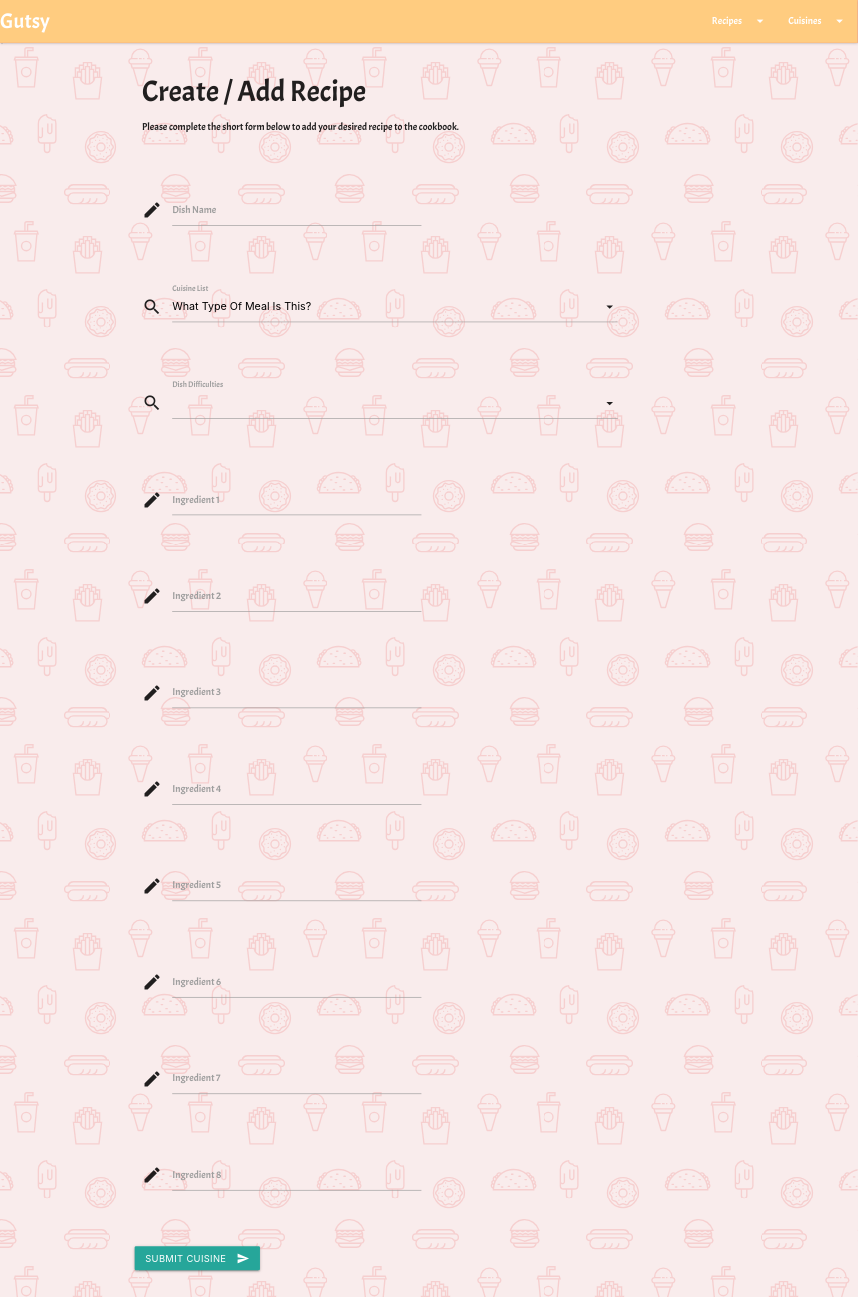
Repository: connor-blackburn/gutsy
Page: http://localhost/create_recipe
The author's editor kept a record of every edit. The page is drawn from the files as they stood at one moment, then again after the next edit.
The browser window is 1280 px wide. The pictures show the whole page, at 67% of full size.
The page is served by the project's application, run on Flask 3 (app.py). Queries for data that is not in the repository find no rows.

Above is the page before.

### templates/create_recipe.html
{% extends 'base.html' %} {% block content %}

<div class="row description container">
    <h3>Create / Add Recipe</h3>
    <p>Please complete the short form below to add your desired recipe to the cookbook.</p>
</div>

<form action="{{ url_for('insert_cuisine') }}" method="POST" class="col s12 container">

    <div class="row">
        <div class="input-field col s6">
            <i class="material-icons prefix">create</i>
            <input id="icon_prefix" type="text" class="validate">
            <label for="icon_prefix">Dish Name</label>
        </div>
    </div>
    <div class="row">
        <div class="input-field col s10">
            <i class="material-icons prefix">search</i>
            <select id="cuisines" name="cuisine_name">
                <option value="" disabled selected>What Type Of Meal Is This?</option>
                {% for cuisine in cuisines %}
                    <option value="{{cuisine.cuisine_name}}">{{cuisine.cuisine_name}}</option>
                {% endfor %}
            </select>
            <label>Cuisine List</label>
        </div>
    </div>
    <div class="row">
        <div class="input-field col s10">
            <i class="material-icons prefix">search</i>
            <select id="cuisines" name="cuisine_name">
                <option value="" disabled selected></option>
                    <option>Easy</option>
                    <option>Medium</option>
                    <option>Hard</option>
            </select>
            <label>Dish Difficulties</label>
        </div>
    </div>
    <div class="row">
        <div class="input-field col s6">
            <i class="material-icons prefix">create</i>
            <input id="icon_prefix" type="text" class="validate">
            <label for="icon_prefix">Ingredient 1</label>
        </div>
    </div>
    <div class="row">
        <div class="input-field col s6">
            <i class="material-icons prefix">create</i>
            <input id="icon_prefix" type="text" class="validate">
            <label for="icon_prefix">Ingredient 2</label>
        </div>
    </div>
    <div class="row">
        <div class="input-field col s6">
            <i class="material-icons prefix">create</i>
            <input id="icon_prefix" type="text" class="validate">
            <label for="icon_prefix">Ingredient 3</label>
        </div>
    </div>
    <div class="row">
        <div class="input-field col s6">
            <i class="material-icons prefix">create</i>
            <input id="icon_prefix" type="text" class="validate">
            <label for="icon_prefix">Ingredient 4</label>
        </div>
    </div>
    <div class="row">
        <div class="input-field col s6">
            <i class="material-icons prefix">create</i>
            <input id="icon_prefix" type="text" class="validate">
            <label for="icon_prefix">Ingredient 5</label>
        </div>
    </div>
    <div class="row">
        <div class="input-field col s6">
            <i class="material-icons prefix">create</i>
            <input id="icon_prefix" type="text" class="validate">
            <label for="icon_prefix">Ingredient 6</label>
        </div>
    </div>
    <div class="row">
        <div class="input-field col s6">
            <i class="material-icons prefix">create</i>
            <input id="icon_prefix" type="text" class="validate">
            <label for="icon_prefix">Ingredient 7</label>
        </div>
    </div>
    <div class="row">
        <div class="input-field col s6">
            <i class="material-icons prefix">create</i>
            <input id="icon_prefix" type="text" class="validate">
            <label for="icon_prefix">Ingredient 8</label>
        </div>
    </div>

    <div class="row">
        <button class="btn waves-effect waves-light" type="submit" name="action">Submit Cuisine
            <i class="material-icons right">send</i>
        </button>
    </div>
</form>
{% endblock %}

### templates/base.html
<!DOCTYPE html>
<html>

<head>
    <meta charset="UTF-8">
    <meta name="viewport" content="width=device-width, initial-scale=1.0">
    <meta http-equiv="X-UA-Compatible" content="ie=edge">
    <link href="https://fonts.googleapis.com/icon?family=Material+Icons" rel="stylesheet">
    <link rel="stylesheet" href="https://cdnjs.cloudflare.com/ajax/libs/materialize/1.0.0/css/materialize.min.css">
    <link href="https://fonts.googleapis.com/css?family=Acme&display=swap" rel="stylesheet">
    <link rel="stylesheet" href="{{ url_for('static', filename='css/style.css') }}" type="text/css" />
</head>

<body>
    <header>
        <ul id="dropdown1" class="dropdown-content">
            <li><a href="{{url_for('get_recipes_step_one')}}">Edit Recipes</a></li>
            <li class="divider"></li>
            <li><a href="#!">Create Recipes</a></li>
        </ul>
        <ul id="dropdown2" class="dropdown-content">
            <li><a href="{{url_for('edit_cuisine_homepage')}}">Edit Cuisines</a></li>
            <li class="divider"></li>
            <li><a href="{{url_for('create_cuisine')}}">Create Cuisines</a></li>
        </ul>
        <ul id="dropdown3" class="dropdown-content">
            <li><a href="{{url_for('get_recipes_step_one')}}">Edit Recipes</a></li>
            <li class="divider"></li>
            <li><a href="#!">Create Recipes</a></li>
        </ul>
        <ul id="dropdown4" class="dropdown-content">
            <li><a href="{{url_for('edit_cuisine_homepage')}}">Edit Cuisines</a></li>
            <li class="divider"></li>
            <li><a href="{{url_for('create_cuisine')}}">Create Cuisines</a></li>
        </ul>
        <nav>
            <div class="nav-wrapper orange lighten-3">
                <a href="{{ url_for('home') }}" class="brand-logo">Gutsy</a>
                <a href="#" data-target="mobile-demo" class="sidenav-trigger"><i class="material-icons">menu</i></a>
                <ul class="right hide-on-med-and-down">
                    <li><a class="dropdown-trigger" href="#!" data-target="dropdown1">Recipes<i class="material-icons right">arrow_drop_down</i></a></li>
                    <li><a class="dropdown-trigger" href="#!" data-target="dropdown2">Cuisines<i class="material-icons right">arrow_drop_down</i></a></li>
                </ul>
            </div>
        </nav>

        <ul class="sidenav" id="mobile-demo">
            <li><a class="dropdown-trigger" href="#!" data-target="dropdown3">Recipes<i class="material-icons right">arrow_drop_down</i></a></li>
            <li><a class="dropdown-trigger" href="#!" data-target="dropdown4">Cuisines<i class="material-icons right">arrow_drop_down</i></a></li>
        </ul>
    </header>
    {% block content %} {% endblock %}

    <script type="text/javascript" src="https://cdnjs.cloudflare.com/ajax/libs/jquery/3.4.1/jquery.min.js"></script>
    <script src="https://cdnjs.cloudflare.com/ajax/libs/materialize/1.0.0/js/materialize.min.js"></script>
    <script type="text/javascript">
        $(document).ready(function() {
            $('.dropdown-trigger').dropdown();
            $('.collapsible').collapsible();
            $('.sidenav').sidenav();
            $('select').formSelect();
           // $('body').css('display', 'none');
            //$('body').fadeIn(1800);
        });
    </script>


</body>

</html>

### app.py
import os
from flask import Flask, render_template, redirect, request, url_for
from flask_pymongo import PyMongo
from bson.objectid import ObjectId

app = Flask(__name__)

app.config["MONGO_DBNAME"] = 'cookbook'
app.config["MONGO_URI"] = os.environ.get('MONGO_URI')

mongo = PyMongo(app)

# Home Page - Index
@app.route('/')
@app.route('/home')
def home():
    return render_template('index.html',
    cuisines=mongo.db.cuisines.find())

# Create Cuisine Page - Short Form
@app.route('/create_cuisine')
def create_cuisine():
    return render_template('create_cuisine.html',
    cuisines=mongo.db.cuisines.find())

# Inserts New Cuisine To Site & Redirects Back To Cuisine Homepage
@app.route('/insert_cuisine', methods=['POST'])
def insert_cuisine():
    cuisines = mongo.db.cuisines
    cuisines.insert_one(request.form.to_dict())
    return redirect(url_for('edit_cuisine_homepage'))

# Edit Cuisine Homepage - Shows Collection For User Choice
@app.route('/edit_cuisine_homepage')
def edit_cuisine_homepage():
    return render_template('edit_cuisine_homepage.html',
    cuisines=mongo.db.cuisines.find())

# Edit Cuisine Page, Cuisine Title Altered Here
@app.route('/edit_cuisine/<cuisine_id>')
def edit_cuisine(cuisine_id):
    return render_template('edit_cuisine.html',
    cuisines=mongo.db.cuisines.find_one({'_id': ObjectId(cuisine_id)}))

# Confirms Cuisine Change & Redirects Back To Cuisine Homepage
@app.route('/update_cuisine/<cuisine_id>', methods=['POST'])
def update_cuisine(cuisine_id):
    mongo.db.cuisines.update(
        {'_id': ObjectId(cuisine_id)},
        {'cuisine_name': request.form.get('cuisine_name')})
    return redirect(url_for('edit_cuisine_homepage'))

# Confirms Cuisine Deletion & Redirects Back To Cuisine Homepage
@app.route('/delete_cuisine/<cuisine_id>')
def delete_cuisine(cuisine_id):
    mongo.db.cuisines.remove({'_id': ObjectId(cuisine_id)}),
    return redirect(url_for('edit_cuisine_homepage'))

# Displays Correct Recipe In Relation To Cuisine Chosen
@app.route('/recipe_display/<cuisine_id>')
def recipe_display(cuisine_id):
    return render_template('recipe_display.html',
    recipes=mongo.db.recipes.find(),
    cuisines=mongo.db.cuisines.find_one({'_id': ObjectId(cuisine_id)}))

# Displays Cuisines So Users Can Narrow Recipe Search Efficiently
@app.route('/get_recipes_step_one')
def get_recipes_step_one():
    return render_template('get_recipes_step_one.html',
    cuisines=mongo.db.cuisines.find())

# Displays Recipes With Edit & Delete Buttons For User
@app.route('/get_recipes_step_two/<cuisine_id>')
def get_recipes_step_two(cuisine_id):
    return render_template('get_recipes_step_two.html',
    recipes=mongo.db.recipes.find(),
    cuisines=mongo.db.cuisines.find_one({'_id': ObjectId(cuisine_id)}))

# Confirms Cuisine Deletion & Redirects Back To Recipe Step One
@app.route('/delete_recipe/<recipe_id>')
def delete_recipe(recipe_id):
    mongo.db.recipes.remove({'_id': ObjectId(recipe_id)}),
    return redirect(url_for('get_recipes_step_one'))

#SPACE FOR RECIPE EDIT

@app.route('/create_recipe')
def create_recipe():
    return render_template('create_recipe.html',
    recipes=mongo.db.recipes.find(),
    cuisines=mongo.db.cuisines.find())

if __name__ == '__main__':
    app.run(host=os.environ.get('IP'),
        port=int(os.environ.get('PORT')),
        debug=True)

### static/css/style.css
body {
    margin: 0;
    padding: 0;
    font-family: 'Acme', sans-serif;
    background-color: #f9ecec;
    background-image: url("data:[embedded picture, 9922 characters]");

}

.heading {
    height: 80vh;
}


.container .heading h1 {
    text-align: center;
    font-size: 9em;
}

.container .heading h5 {
    font-size: 2em;
    text-align: center;
}

.cuisine_selection {
    text-align: center;
}

.cuisine_selection h1{
    font-size: 5em;
}
.hero_image {
    margin: 0;
    z-index: -1;
    text-align: center;
}

.row {
    padding: 20px;
}

After the next edit:
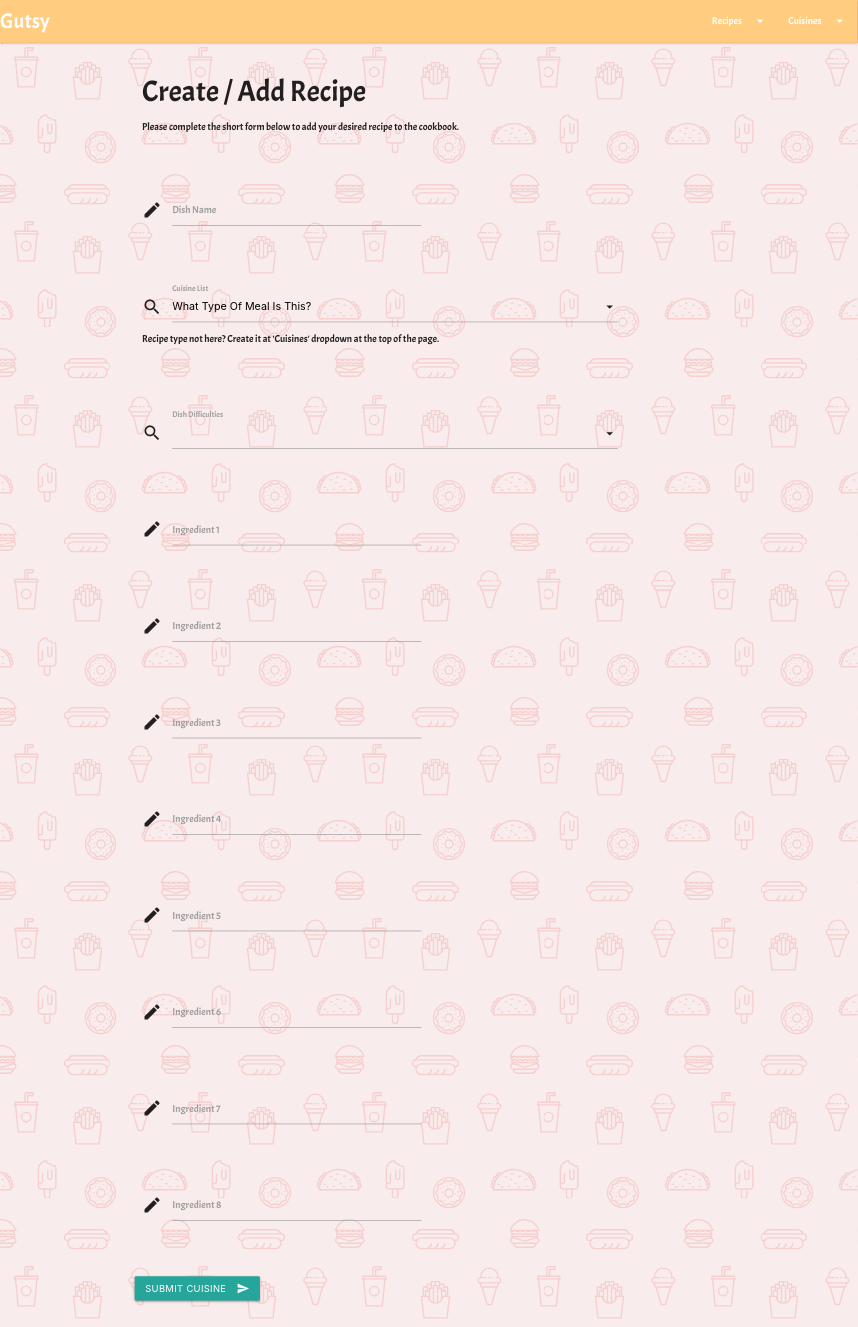
The edit:
--- a/templates/create_recipe.html
+++ b/templates/create_recipe.html
@@ -24,6 +24,7 @@
                 {% endfor %}
             </select>
             <label>Cuisine List</label>
+            <p>Recipe type not here? Create it at 'Cuisines' dropdown at the top of the page.</p>
         </div>
     </div>
     <div class="row">
